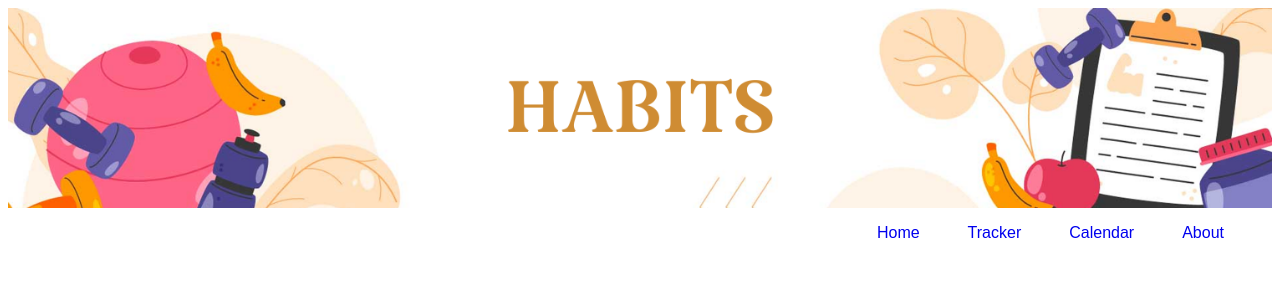
Repository: SandyLy453/habit-tracker
Page: http://localhost/
An editor plug-in stored every save of this project. The page is shown before and after the next save, followed by the edit.
The browser window is 1280 px wide. The pictures show the whole page.
The page is served by the project's Node server (server.js).

Above is the page before, as saved 2025-03-14 17:30:07.

### views/pages/home.ejs
<%- include('../partials/header') %>

### views/partials/header.ejs
<!DOCTYPE html>
<html lang="en">
<head>
    <meta charset="UTF-8">
    <meta name="viewport" content="width=device-width, initial-scale=1.0">
    <title>
        <%= typeof title != 'undefined' ? title : 'Page Title' %>
    </title>
    <link rel="stylesheet" href="/styles.css">
</head>
<body>
    <header>
        <div class="header_container">
            <img src="/images/home_banner.png" />
            <ul class="header">
                <li><a href="/" class="header_items">Home</a></li>
                <li><a href="/tracker" class="header_items">Tracker</a></li>
                <li><a href="/calendar" class="header_items">Calendar</a></li>
                <li><a href="/about" class="header_items">About</a></li>
            </ul>
        </div>
    </header>
</body>
</html>

### server.js
import pg from 'pg';
import express from 'express';
import bodyParser from 'body-parser';
import dotenv from 'dotenv';


dotenv.config();

// Database setup
const db = new pg.Client({
  user: process.env.DB_USER,
  host: process.env.DB_HOST,
  database: process.env.DB_DATABASE,
  password: process.env.DB_PASSWORD,
  port: process.env.DB_PORT,
});

db.connect()
  .then(() => {
    console.log('Connected to the database');
  })
  .catch(err => {
    console.error('Database connection error:', err.stack);
  });

const app = express();
const port = 3000;

// Middleware
app.use(bodyParser.urlencoded({ extended: true }));
app.use(express.static('public'));  // Serve static files from the public folder
app.set('view engine', 'ejs');

// Routes
app.get('/', (req, res) => {
  res.render('pages/home', {
    title: "Personal Habit Tracker",
    paragraph: "Track your progress today for better habits."
  });
});

app.get('/calendar', (req, res) => {
  res.render('pages/calendar', {
    title: "My Calendar",
    paragraph: " "
  });
});

app.get('/about', (req, res) => {
  res.render('pages/about', {
    title: "About"
  });
});

app.listen(port, () => {
  console.log(`App listening at port ${port}`);
});

### public/styles.css
body {
    font-family: Arial, sans-serif;
    text-align: center;
}

input, button {
    margin: 5px;
    padding: 8px;
}

/* Header */
.header_container img {
    margin: 0;
    padding: 0;
    display: block;
    width: 100%;
    height: 100%;
    object-fit: cover;
}

.header {
    display: flex;
    flex-direction: row;
    justify-content:flex-end;
    list-style: none;
}

.header_items {
    text-decoration: none;
    margin-right: 3rem;
}

After the next save:
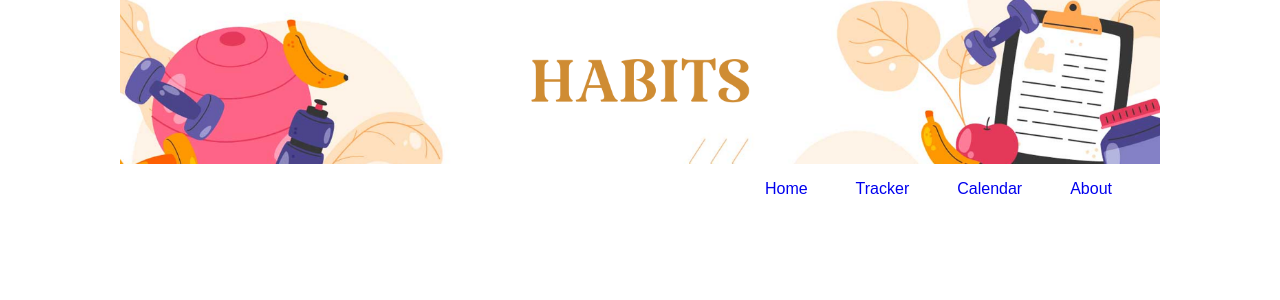
Saved 13 s later.
--- a/public/styles.css
+++ b/public/styles.css
@@ -1,6 +1,7 @@
 body {
     font-family: Arial, sans-serif;
     text-align: center;
+    margin: 0 120px;
 }
 
 input, button {
